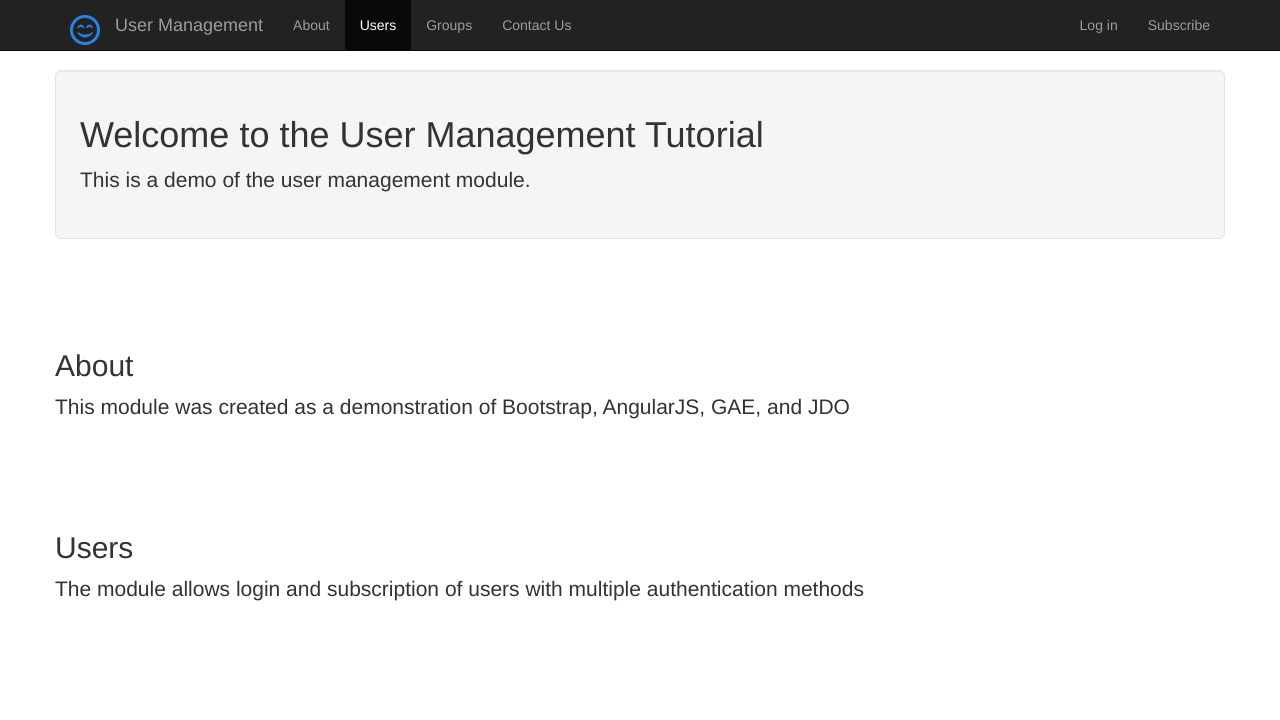
Repository: screenhunter/UMT
Page: UserManagement/war/guest/guest.html
The author's editor kept a copy of each file at every save. The page is drawn from the files as they stood at one save, then again after the next save.
The browser window is 1280 px wide. The pictures show the whole page.

Above is the page before, as saved 2015-07-29 17:34:27.

After the next save:
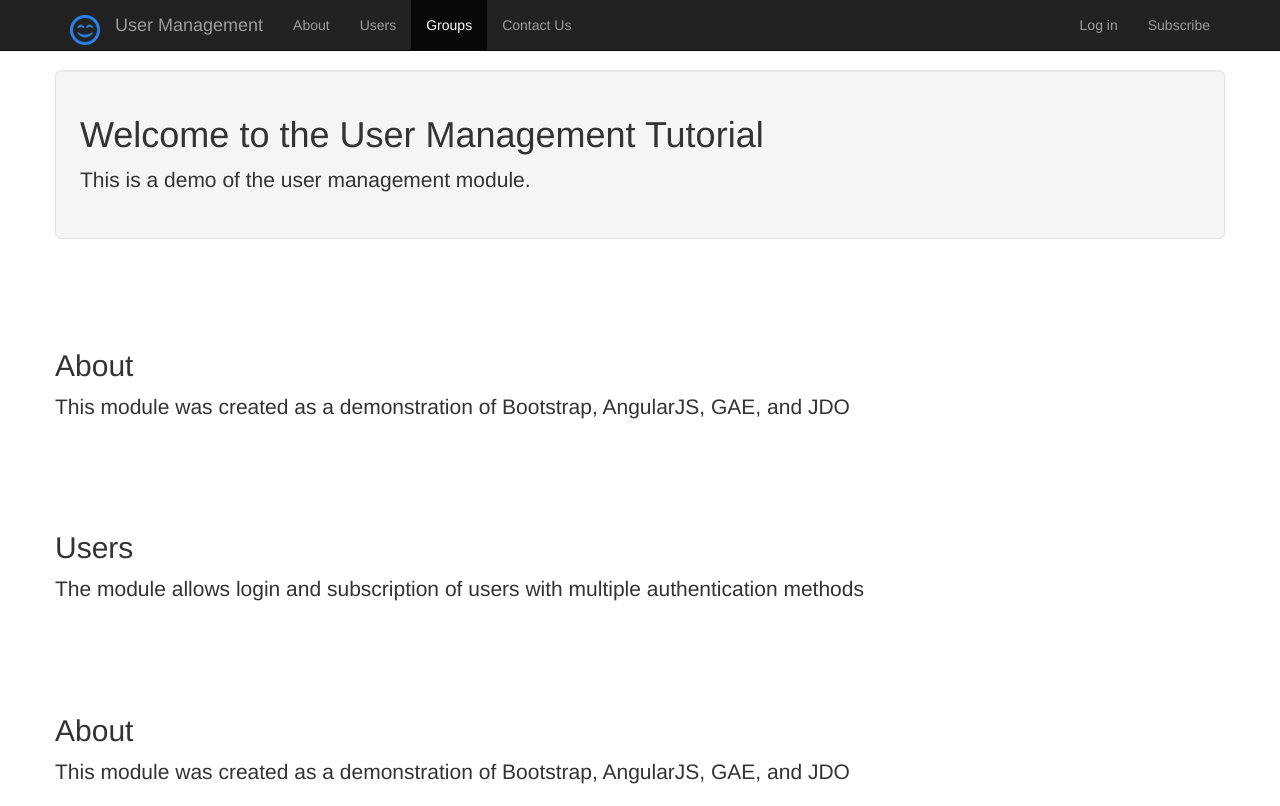
Saved 15 s later.
--- a/UserManagement/war/guest/guest.html
+++ b/UserManagement/war/guest/guest.html
@@ -93,6 +93,10 @@
 				<h2>Users</h2>
 				<p class="lead">The module allows login and subscription of users with multiple authentication methods</p>
 			</div>
+			<div class="row menu-link" id="groups">
+				<h2>About</h2>
+				<p class="lead">This module was created as a demonstration of Bootstrap, AngularJS, GAE, and JDO</p>
+			</div>
 		</div>
 	</div>
 
